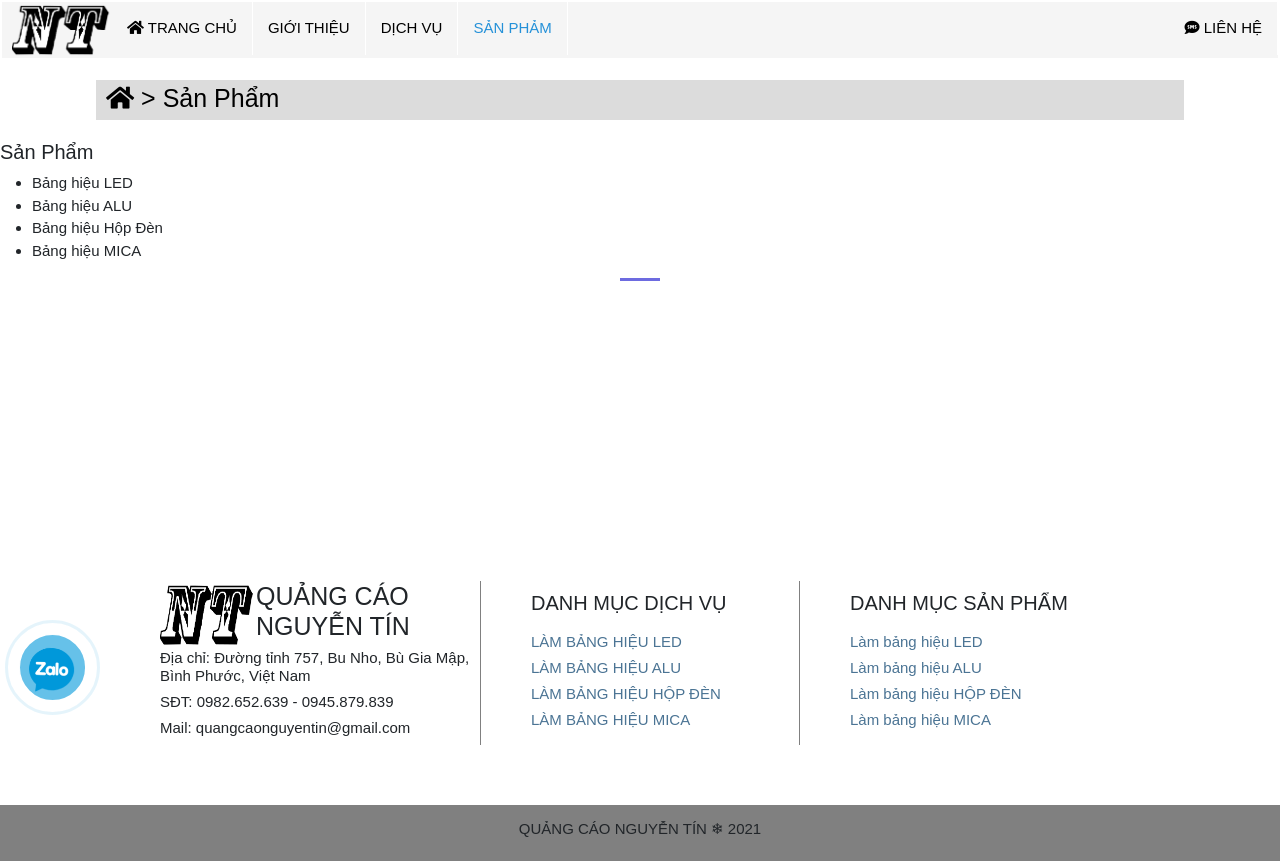
Repository: Haunguyen42193/quangcaonguyentin.github.io
Page: product.html
These files come from the project's save history. The page is drawn as it stood at one moment and after the next save; the edit follows.
The browser window is 1280 px wide. The pictures show the whole page.
Some web fonts or font styles are not loaded; a fallback is used. Some web libraries are served in a nearby version.

Above is the page before, as saved 2021-10-13 16:00:14.
Console error: ReferenceError: init is not defined

### product.html
<!DOCTYPE html>
<html lang="en">
<head>
    <meta charset="UTF-8">
    <meta http-equiv="X-UA-Compatible" content="IE=edge">
    <meta name="viewport" content="width=device-width, initial-scale=1.0">
    <meta http-equiv="refresh" content="18000"/>
    <title>Quảng Cáo Nguyễn Tín</title>
    <link rel="shotcut icon" href="images/logo2.png"/>
    <link
    rel="stylesheet"
    href="https://cdnjs.cloudflare.com/ajax/libs/animate.css/4.1.1/animate.min.css"
    />
    <!--carousel-->
    <link href="https://cdn.jsdelivr.net/npm/bootstrap@5.1.0/dist/css/bootstrap.min.css" rel="stylesheet" integrity="sha384-KyZXEAg3QhqLMpG8r+8fhAXLRk2vvoC2f3B09zVXn8CA5QIVfZOJ3BCsw2P0p/We" crossorigin="anonymous">
    <!--font awesome-->
    <link rel="stylesheet" href="https://pro.fontawesome.com/releases/v5.10.0/css/all.css" integrity="sha384-AYmEC3Yw5cVb3ZcuHtOA93w35dYTsvhLPVnYs9eStHfGJvOvKxVfELGroGkvsg+p" crossorigin="anonymous"/>
    <!--css-->
    <link rel="stylesheet" href="CSS/styleproduct.css"/>
    <!--font chữ-->
    <link rel="preconnect" href="https://fonts.googleapis.com">
    <link rel="preconnect" href="https://fonts.gstatic.com" crossorigin>
    <link href="https://fonts.googleapis.com/css2?family=K2D:wght@600&display=swap" rel="stylesheet">
    <!-- JavaScript Bundle with Popper -->
    <script src="https://cdn.jsdelivr.net/npm/bootstrap@5.1.0/dist/js/bootstrap.bundle.min.js" integrity="sha384-U1DAWAznBHeqEIlVSCgzq+c9gqGAJn5c/t99JyeKa9xxaYpSvHU5awsuZVVFIhvj" crossorigin="anonymous"></script>
    <!--Jquery-->
    <script src="Js/jquery-3.6.0.min.js"></script>
    <!--wowjs-->
    <script src="https://cdnjs.cloudflare.com/ajax/libs/wow/1.1.2/wow.min.js" integrity="sha512-Eak/29OTpb36LLo2r47IpVzPBLXnAMPAVypbSZiZ4Qkf8p/7S/XRG5xp7OKWPPYfJT6metI+IORkR5G8F900+g==" crossorigin="anonymous" referrerpolicy="no-referrer"></script>

</head>
<body onload="init()">
    <script src="Js/jsproduct.js"></script>
    <!--Menu-->
    <nav class="header-menu">
        <div class="menu">
            <div class="logo">
                <a href="homepage.html"><img src="images/logo2.png" alt="bang quang cao tiem" id="logotiem"/></a>
            </div>
            <ul>
                <li><a href="homepage.html"><i class="fas fa-home"></i> TRANG CHỦ</a></li>
                <li><a href="introduce.html">GIỚI THIỆU</a></li>
                <li class="sub"><a href="service.html">DỊCH VỤ</a>
                    <ul class="menu subcontent">
                        <li><a href="service.html#tab1" rel="service.html#LED">LÀM BẢNG HIỆU LED</a></li>
                        <li><a href="service.html#tab2" rel="service.html#ALU">LÀM BẢNG HIỆU ALU</a></li>
                        <li><a href="service.html#tab3" rel="service.html#Hd">LÀM BẢNG HIỆU HỘP ĐÈN</a></li>
                        <li><a href="service.html#tab4" rel="service.html#MICA">LÀM BẢNG HIỆU MICA</a></li>
                    </ul>
                </li>
                <li class="sub"><a href="product.html" class="chose">SẢN PHẢM</a>
                    <ul class="menu subcontent">
                        <li><a href="#">BẢNG HIỆU LED</a></li>
                        <li><a href="#">BẢNG HIỆU ALU</a></li>
                        <li><a href="#">BẢNG HIỆU HỘP ĐÈN</a></li>
                        <li><a href="#">BẢNG HIỆU MICA</a></li>
                    </ul>
                </li>
                <li><a href="contact.html"><i class="fas fa-sms"></i> LIÊN HỆ</a></li>
            </ul>
        </div>
    </nav>
    <!--page-->
    <section>
        <div class="page">
            <div>
                <a href="homepage.html" title="Trang chủ"><i class="fas fa-home"></i></a>
                <span>></span>
                <span class="move">Sản Phẩm</span>
            </div>
        </div>
    </section>
    <!--go to top-->
    <section>
        <div>
            <a id="goToTop" href="javascript:;"><i class="fas fa-chevron-up" title="GO TO TOP"></i></a>
        </div>
    </section>
    <!--zalo-->
    <section >
        <div class="zalo">
            <a href="https://zalo.me/0982652639" target="_blank"><img src="images/icon-zalo1.png"/></a>
        </div>
        <div class="zalo-circle"></div>
        <div class="zalo-circle-small"></div>
    </section>

    <!--product-->
    <section class="product">
        <div class="product-menu">
            <h5>Sản Phẩm</h5>
            <ul>
                <li>Bảng hiệu LED</li>
                <li>Bảng hiệu ALU</li>
                <li>Bảng hiệu Hộp Đèn</li>
                <li>Bảng hiệu MICA</li>
            </ul>
        </div>
        <div class="line"></div>
    </section>

    <!--foot-contact-->
    <section>
        <div class="foot-contacts">
          <div class="foot-contact">
            <img src="images/logo2.png" alt="logo" class="foot-logo" />
            <h1>QUẢNG CÁO NGUYỄN TÍN</h1>
            <h2>Địa chỉ: Đường tỉnh 757, Bu Nho, Bù Gia Mập, Bình Phước, Việt Nam</h2>
            <h2>SĐT: 0982.652.639 - 0945.879.839</h2>
            <h2>Mail: quangcaonguyentin@gmail.com</h2>
          </div>
          <div class="foot-service">
            <div class="foot-service-title">
              <h1>DANH MỤC DỊCH VỤ</h1>
            </div>
            <h2><a href="service.html#tab1" rel="service.html#LED">LÀM BẢNG HIỆU LED</a></h2>
            <h2><a href="service.html#tab2" rel="service.html#ALU">LÀM BẢNG HIỆU ALU</a></h2>
            <h2><a href="service.html#tab3" rel="service.html#Hd">LÀM BẢNG HIỆU HỘP ĐÈN</a></h2>
            <h2><a href="service.html#tab4" rel="service.html#MICA">LÀM BẢNG HIỆU MICA</a></h2>
          </div>
          <div class="foot-product">
            <div class="foot-service-title">
              <h1>DANH MỤC SẢN PHẨM</h1>
            </div>
            <h2><a href="#">Làm bảng hiệu LED</a></h2>
            <h2><a href="#">Làm bảng hiệu ALU</a></h2>
            <h2><a href="#">Làm bảng hiệu HỘP ĐÈN</a></h2>
            <h2><a href="#">Làm bảng hiệu MICA</a></h2>
          </div>
        </div>
    </section>
    <!--foot-->
    <div class="web-foot">
        <h2>QUẢNG CÁO NGUYỄN TÍN &#10052 2021</h2>
    </div>
</body>
</html>

### CSS/styleproduct.css
body {
    font-family: 'K2D', sans-serif;
    font-size: 15px;
    background-color: white;
    background-repeat: no-repeat;
    background-attachment: fixed;
    /* background:linear-gradient( #F18D9E, #E6D72A, #5BC8AC, #98DBC6); */
}
/*menu*/
.header-menu{
    width:100%;
    background-color: whitesmoke;
    padding-left: 10px;
    border: 2px solid white;
    position: fixed;
    z-index:99;
    top:0;
    left:0;

}
img#logotiem{
    width:100px;
    float:left;
}
div.menu > ul{
    display:flex;
    /* justify-content: center;
    align-items: center; */
}
div.menu ul{
    list-style-type: none;
    margin: 0;
    padding:0;
    background-color: whitesmoke;
}
div.menu ul li:last-child{
    margin-left: auto;
}
.subcontent{
    display:none;
    background: linear-gradient(gray, rgb(224, 222, 222));
}
.sub:hover .subcontent{
    display: block;
    position:absolute;
    width: 230px;
}

div.menu ul li{
    margin-bottom: 0px;
    position:relative;
    border-right: 1px solid white;
}

div.menu ul li a::before{
    content: '';
     position: absolute;
     bottom: -7px;
     left: 0px;
     width: 100%;
     height: 5px;
     background-color: #0cacdd;
     border-radius: 8px 8px 0 0;
     opacity: 0;
     transition: 0.3s;
}

div.menu ul li a:hover:before{
    opacity: 1;
    bottom:0;
}
div.menu ul li a{
    text-decoration: none;
    display: block;
    padding: 15px;
}
a:link{
    color:black;
}
a:visited{
    color:black;
}
a:hover{
    background-color: rgb(37, 32, 32);
    color: #2591d8;
}
a:active{
    color:rgb(35, 23, 201);
}

.subcontent::before{
    content: " ";
    border-width: 10px;
    border-style: solid;
    border-color:transparent transparent gray transparent;
    position: absolute;
    bottom: 100%;
    left:15%;
}
.chose{
    color: #2591d8 !important;
}
/*gototop*/
#goToTop {
    position: fixed;
    font-size: 30px;
    border-radius: 50%;
    z-index: 99;
    padding: 0 10px;
    border: 2px solid red;
    color: red;
    opacity: 0.5;
    right: 10px;
    bottom: 10px;
}
/*zalo*/
.zalo{
    position: fixed;
    z-index: 999;
    left: 29px;
    bottom: 28px;
    width: 3.5%;
}
.zalo-circle{
    position: fixed;
    z-index: 998;
    left: 15px;
    bottom: 15px;
    width: 75px;
    height: 75px;
    border: 20px solid #0098da;
    border-radius: 50%;
    opacity: 0;
    animation: zalo-ring-circle 2s infinite ease-out;
}
.zalo-circle-small{
    position: fixed;
    z-index: 998;
    left: 5px;
    bottom: 5px;
    width: 95px;
    height: 95px;
    border: 3px solid #0098da;
    border-radius: 50%;
    opacity: 0;
    animation: zalo-ring-circle-small 2s infinite ease-out;
}
.zalo img{
    width: 100%;
    animation:zalo-ring 1s infinite ease-in-out;
}
.zalo > a:hover{
    background-color: transparent;
}
@keyframes zalo-ring{
    0%{
        transform:rotate(0) scale(1) skew(1deg)
    }
    10%{
        transform:rotate(-25deg) scale(1.05) skew(1deg)
    }
    20%{
        transform:rotate(25deg) scale(1) skew(1deg)
    }
    30%{
        transform:rotate(-25deg) scale(1.05) skew(1deg)
    }
    40%{
        transform:rotate(25deg) scale(1) skew(1deg)
    }
    50%{
        transform:rotate(0) scale(1) skew(1deg)
    }
    100%{
        transform:rotate(0) scale(1) skew(1deg)
    }
}
@keyframes zalo-ring-circle{
    0%{
        transform: scale(0.8); opacity: 0.6;
    }
    50%{
        transform: scale(1); opacity: 0.6;
    }
    100%{
        transform: scale(0.8); opacity: 0.6;
    }
}
@keyframes zalo-ring-circle-small{
    0%{
        transform: scale(0.8); opacity: 0.6;
    }
    50%{
        transform: scale(1); opacity: 0.3;
    }
}
/*foot contact*/
.foot-contacts {
    display: flex;
    position: relative;
    top: 400px;
    justify-content: center;
}
.foot-contacts h2{
    font-size: 15px;
}
.foot-contact {
    display: flex;
    width: 350px;
    flex-wrap: wrap;
    width: 25%;
}
.foot-logo{
    width:30%;
}
.foot-contact h1{
    width: 50%;
    font-size: 25px;
}
.foot-service{
    position: relative;
    border-right: 1px solid gray;
    width:25%;
    padding: 0 50px;
    border-left: 1px solid gray;
}
.foot-product{
    position: relative;
    width: 25%;
    padding: 0 50px;
}
.foot-service-title h1{
    font-size: 20px;
    padding-bottom: 10px;
    padding-top: 10px;
}
.foot-contacts a{
    text-decoration: none;
}
.foot-contacts a:link{
    color: #4b7494;
}
.foot-contacts a:visited{
    color: #4b7494;
}
.foot-contacts a:hover{
    color: #0c0e0f;
    background-color: white;
}
.foot-contacts a:active{
    color: #124c79;
}
/*web foot*/
.web-foot{
    background-color: gray;
    position: relative;
    top: 400px;
    padding: 15px;
    margin-top: 60px;
}
.web-foot > h2{
    text-align: center;
    font-size: 15px;
}
/*page*/
.page{
    color: black;
    position: relative;
    top: 80px;
    width: 85%;
    margin: auto;
    height: 40px;
    background-color: gainsboro;
    font-size: 25px;
}
.page div{
    padding-left: 10px;
}
.page a:hover{
    background-color: transparent;
    color: black;
}
.line{
    height: 3px;
    background-color: rgb(109, 107, 224);
    width: 40px;
    margin: 0 auto;
}
/*product*/
.product{
    position: relative;
    top: 100px;
}

### Js/jsproduct.js
$(document).ready(function() {
    wow = new WOW({
        boxClass:     'wow',      // default
        animateClass: 'animate__animated', // default
        offset:       0,          // default
        mobile:       true,       // default
        live:         true        // default
    })
    wow.init();
    $("#goToTop").hide()
    $(window).scroll(function() {

        if($(this).scrollTop() >= 90){
            $("#goToTop").show("slow");
        }
        else{
            $("#goToTop").hide("slow");
        }
    })
    $("#goToTop").click(function() {
        $("html, body").animate({
            scrollTop: 0
        }, 1000);
    })
})

Loaded but not shown: Js/jquery-3.6.0.min.js (library)

After the next save:
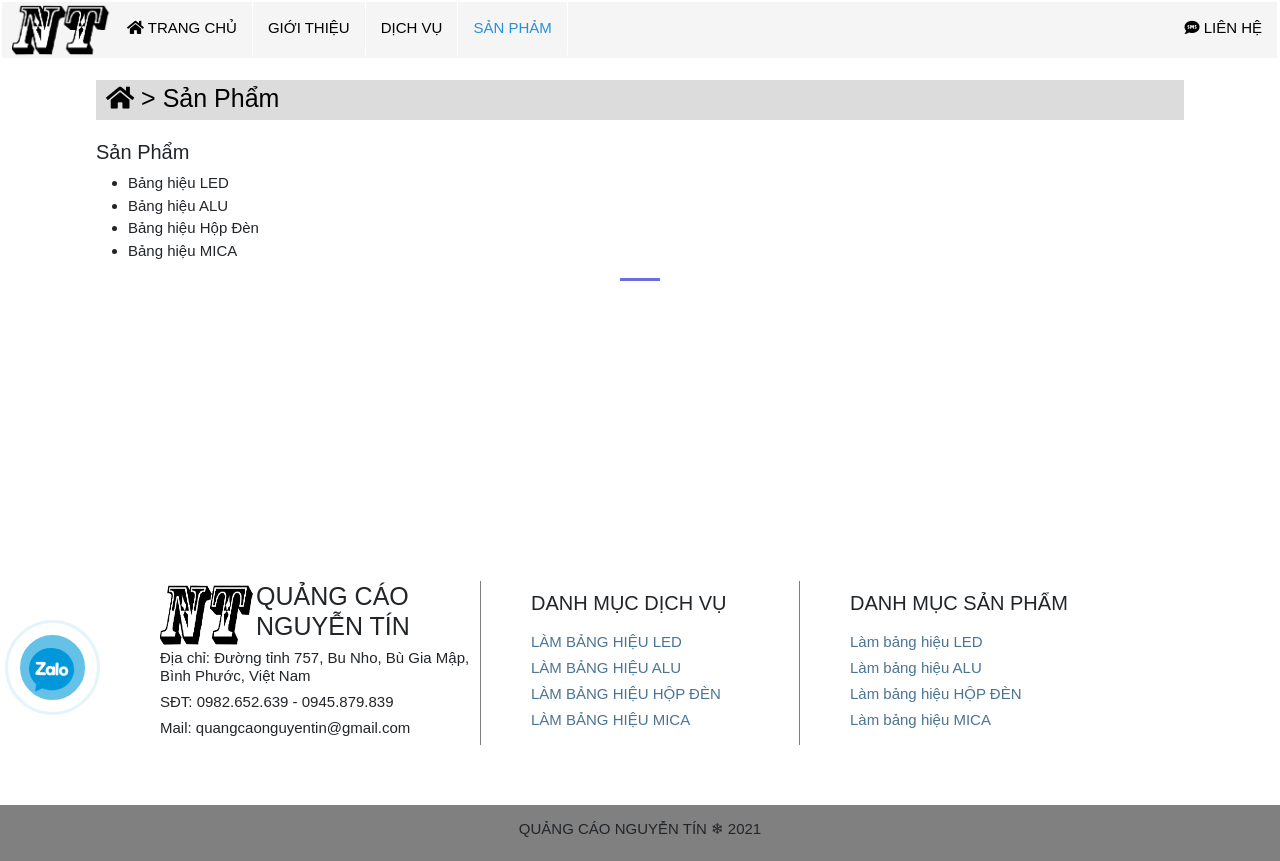
Saved 25 s later.
--- a/CSS/styleproduct.css
+++ b/CSS/styleproduct.css
@@ -290,4 +290,6 @@ a:active{
 .product{
     position: relative;
     top: 100px;
-}
+    width: 85%;
+    margin: auto;
+}
